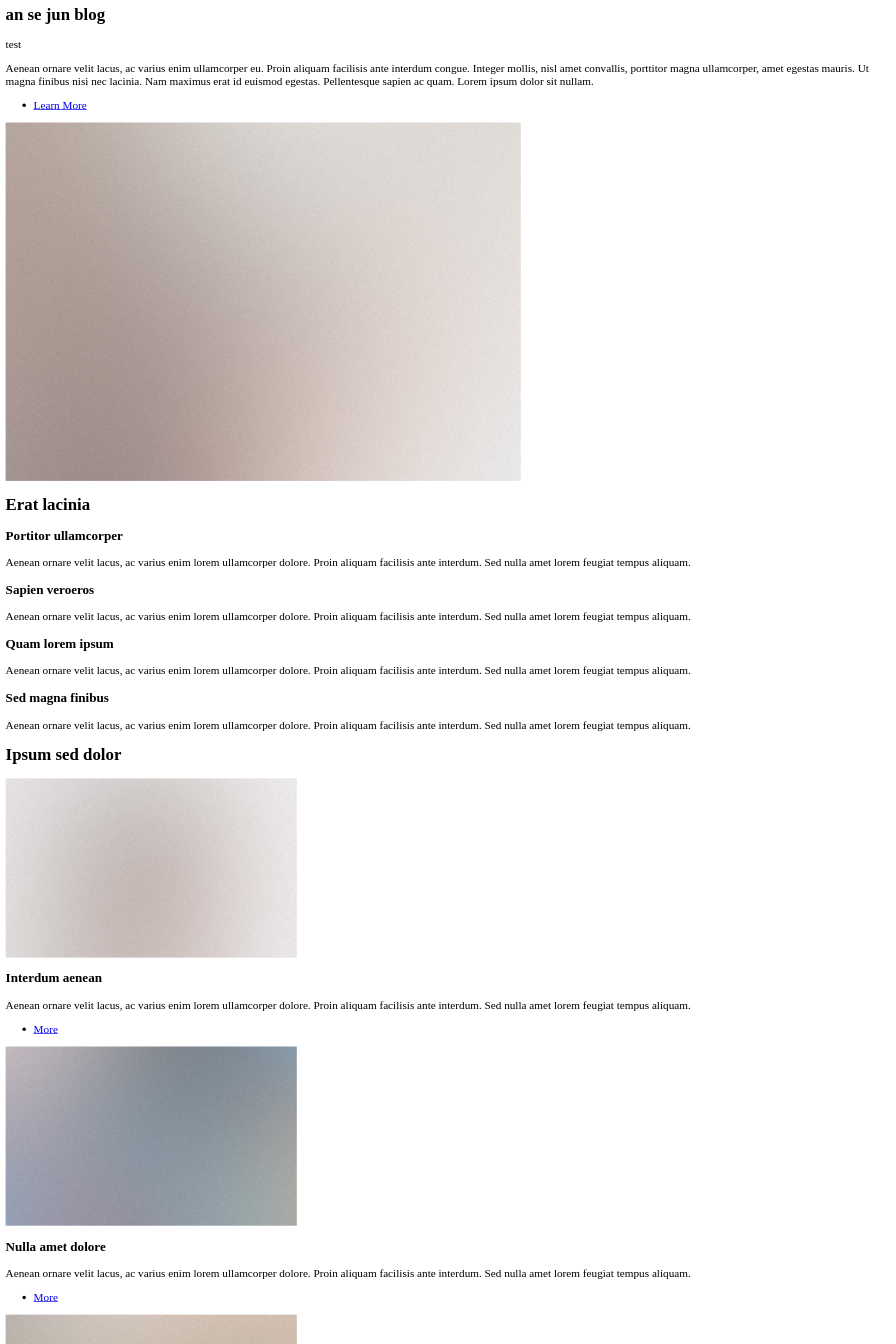
Repository: noCountJun/blog
Page: http://localhost/blogProject2/WEB-INF/views/main/home.jsp
The author's editor kept a copy of each file at every save. The page is drawn from the files as they stood at one save, then again after the next save.
The browser window is 1280 px wide. The pictures show the part of the page from y = 0 to 1920 px (the page is 3412 px tall before and 3394 px after), at 70% of full size.
The page is served by Tomcat 9. Nobody is signed in. The template is opened directly, without the code that normally fills it, so the values that code supplies are empty.

Above is the page before, as saved 2019-09-03 07:28:02.

After the next save:
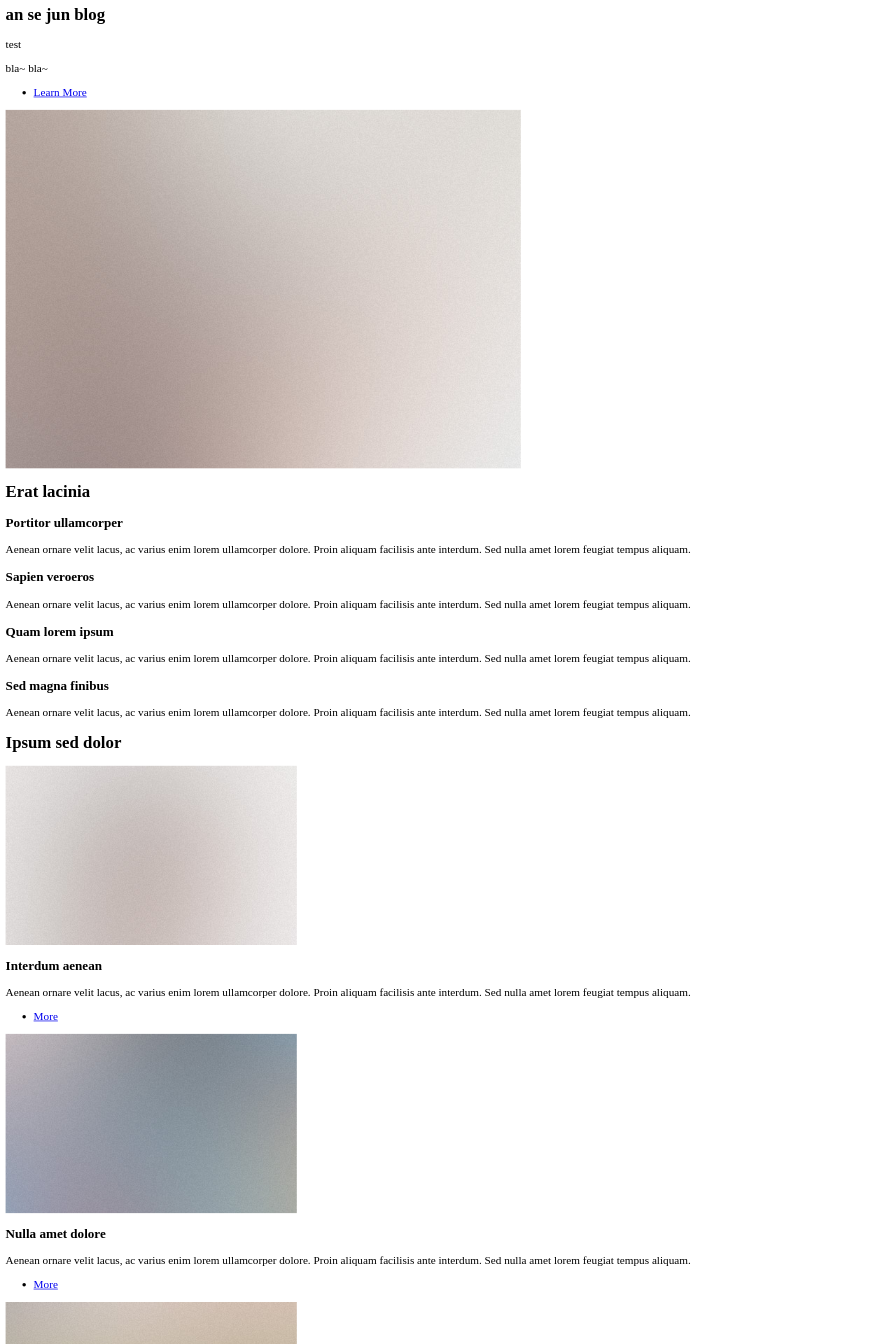
Saved 12 s later.
--- a/blogProject2/src/main/webapp/WEB-INF/views/main/home.jsp
+++ b/blogProject2/src/main/webapp/WEB-INF/views/main/home.jsp
@@ -10,7 +10,7 @@
 								<h1>an se jun blog </h1>
 								<p> test</p>
 							</header>
-							<p>Aenean ornare velit lacus, ac varius enim ullamcorper eu. Proin aliquam facilisis ante interdum congue. Integer mollis, nisl amet convallis, porttitor magna ullamcorper, amet egestas mauris. Ut magna finibus nisi nec lacinia. Nam maximus erat id euismod egestas. Pellentesque sapien ac quam. Lorem ipsum dolor sit nullam.</p>
+							<p>bla~ bla~ </p>
 							<ul class="actions">
 								<li><a href="#" class="button big">Learn More</a></li>
 							</ul>
